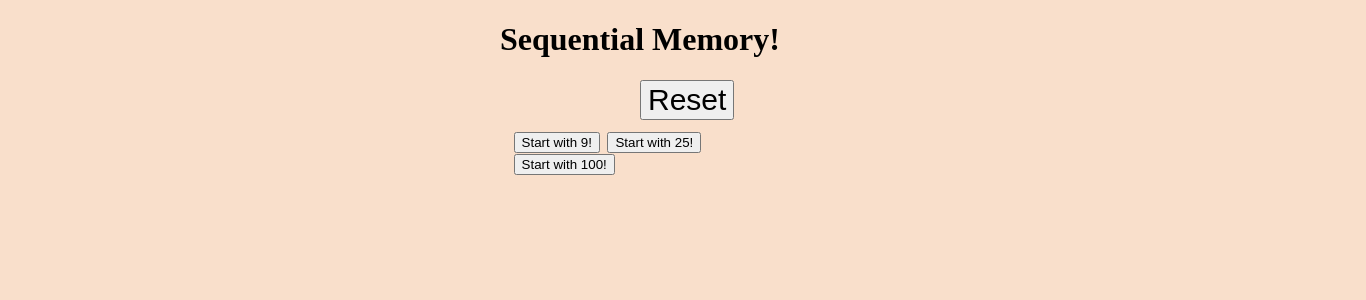
Repository: HyveMynd/htdocs
Page: PS1/MemoryNumbers.html
The author's editor kept a copy of each file at every save. The page is drawn from the files as they stood at one save, then again after a run of saves.
The browser window is 1280 px wide. The page is 1366 px wide, so the pictures cover 1366 px, including what lies to the right of the window. The pictures show the whole page.
Some web libraries are served in a nearby version.

Above is the page before, as saved 2013-01-22 04:29:38.

### PS1/MemoryNumbers.html
<!DOCTYPE html PUBLIC "-//W3C//DTD HTML 4.01 Transitional//EN" "http://www.w3.org/TR/html4/loose.dtd">
<html>
<head>
<meta http-equiv="Content-Type" content="text/html; charset=UTF-8">
<link rel="stylesheet" href="MemoryStyle.css" type="text/css" />
<script type="text/javascript" src="https://ajax.googleapis.com/ajax/libs/jquery/1.7.1/jquery.min.js"></script>
<script src="memory.js" type="text/javascript" ></script>
<title>Number Memory</title>
</head>
<body>
<h1>Sequential Memory!</h1>
<input id=reset type=button onclick=window.location.reload() value=Reset visible=hidden />
<div class=gameboard ></div>
<div class=select>
	<button id=num3 onclick="displayBoard(3)">Start with 9!</button>
	<button id=num5 onclick="displayBoard(5)">Start with 25!</button>
	<button id=num10 onclick="displayBoard(10)">Start with 100!</button>
</div>
</body>
</html>

### PS1/MemoryStyle.css
@CHARSET "UTF-8";
body { background-color:#f9dfcb; }
h1 { text-align:center; color:black }
table {
	text-align:center;
	color:black;
	border: 5px solid black;
	border-collapse:collapse;
	margin:auto;
	font-size:50px;
}
tr { border: 5px solid black; height: 100px; width: 100px; }
td { border: 5px solid black; height: 100px; width: 100px; }
p {text-align:center; font-size:30px}
.gameboard input {
	height:90px;
	width:90px;
	background-color:#faaaab;
	font-size:30px;
	color:#faaaab;
}
.select {
	font-size:30px;
	margin-left:40%;
	margin-right:40%;
}
#reset {
	font-size:30px;
	margin-left:50%;
	margin-right:50%;
}

### PS1/memory.js
var current = 0;
var numbers = new Array();
var rowsColumns;

function displayNumber(button){
	//show number in black
	$(button).css({color:"#000000"});
	var selected = $(button).val();
	//if the number is sequential, do not fade
	if (selected == current+1){
		current++;
	}
	//else reset the numbers to be invisible
	else{
		window.setTimeout(function () {showbutton();}, 500);
		current=0;
	}
	//check for game completion
	if(current == rowsColumns*rowsColumns){
		gameComplete();
	}
}

function showbutton(){
	//reset all the numbers back to blank
	$(".gameboard input").css({color:"#faaaab"});
}

function mouseDown(e){
	displayNumber();
}

function displayBoard(num){
	rowsColumns = num;
	for (var i = 0; i < num*num; i++){
		numbers[i] = i+1;
	}

	//add the buttons to the gameboard
	var board = "<table>";
	for (var r = 0; r < num; r++){
		var row = "<tr>";
		for (var c = 0; c < num; c++){
			var key = Math.floor(Math.random() * numbers.length-1);
			var number = numbers.splice(key, 1);
			//randomly select array numbers
			row += "<td><input type=button value="+number+" /></td>";
		}
		row += "</tr>";
		board += row;
	}
	board += "</table>";
	$(".gameboard").append(board);
	$("#twentyfive").hide();

	//tie gameboard buttons
	$(".gameboard input").click(function () { play(this); });
}

function play(button){
	//get the row and column of the button
	var td = $(button).parent();
	var col = td.parent().children().index(td);
	var row = td.parent().parent().children().index(td.parent());

	//toggle the number to display
	toggle(row, col);
}

function toggle (r,c){
	var button = $(".gameboard input").get(r*rowsColumns+c);
	displayNumber(button);
}

function gameComplete(){
	window.alert("Congratulations! You have won!");
}

After the next 2 saves:
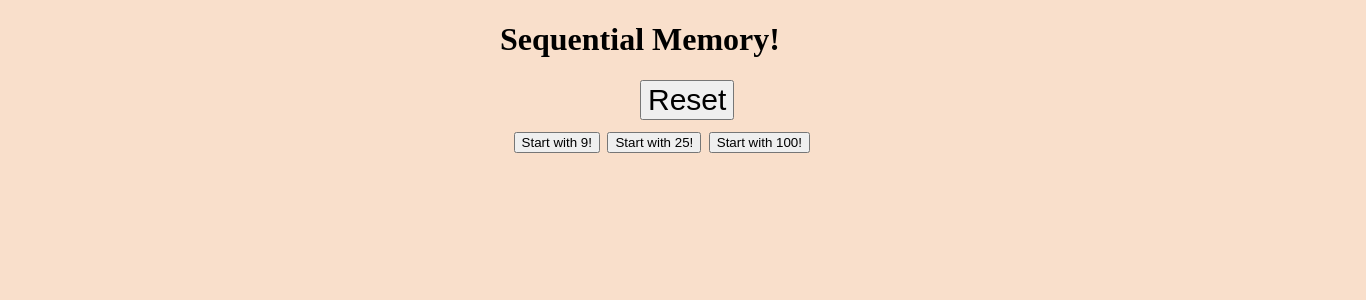
The 2 saves are shown as one change because they came seconds apart.
The last was saved 20 s later.
--- a/PS1/MemoryStyle.css
+++ b/PS1/MemoryStyle.css
@@ -22,8 +22,10 @@ p {text-align:center; font-size:30px}
 .select {
 	font-size:30px;
 	margin-left:40%;
-	margin-right:40%;
+	margin-right:auto;
 }
+
+
 #reset {
 	font-size:30px;
 	margin-left:50%;
